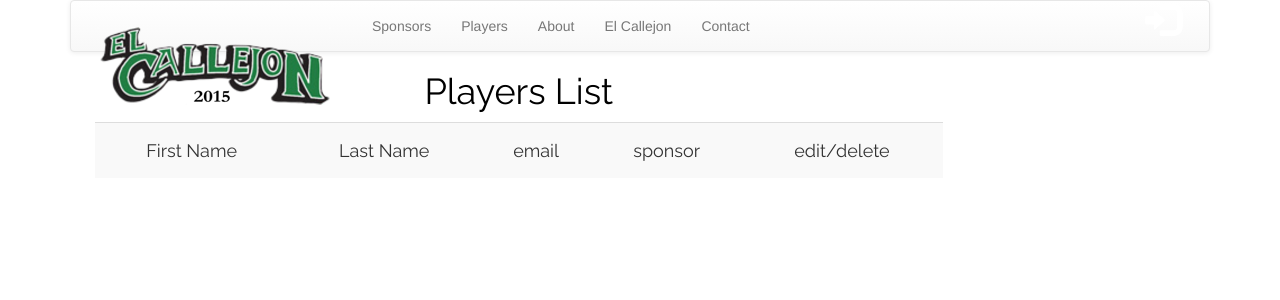
Repository: rojour/callejongolf
Page: register/templates/players/players_pay_status.html
The author's editor kept a record of every edit. The page is drawn from the files as they stood at one moment, then again after the next edit.
The browser window is 1280 px wide. The pictures show the whole page.
Some web libraries are served in a nearby version. The template is drawn by Django 2.2. The application's start-up code is not run. Other server files are loaded and not shown. The template is opened directly, without the code that normally fills it, so the values that code supplies are empty.

Above is the page before.
Console error: TypeError: Cannot set properties of null (setting 'innerHTML')

### register/templates/players/players_pay_status.html
{% extends 'players/base.html' %}

{% block content %}
<div>
    <h1 class="text-center"><a href="">Players List</a></h1>
</div>
	<div>
    	<table class="table table-striped table-hover" >
			<theader>
				<tr class="text-center">
					<td><h4>First Name</h4></td>
		    		<td><h4>Last Name</h4></td>
		    		<td><h4>email</h4></td>
		    		<td><h4>sponsor</h4></td>
		    		<td><h4>edit/delete</h4></td>
				</tr>
			</theader>
			<tbody>
			{% for player in players %}
				<tr class="text-center">
					<td><a href="{% url 'register.views.player_detail' pk=player.pk %}">{{ player.first_name }}</a></td>
					<td><a href="{% url 'register.views.player_detail' pk=player.pk %}">{{ player.last_name }}</a></td>
					<td><p>{{ player.pay_status }}</p></td>
					<td><p>{{ player.email }}</p></td>
					<td><p>{{ player.sponsor }}</p></td>
					<td>{% if user.is_authenticated %}
    					 <a class="btn btn-default" href="{% url 'player_edit' pk=player.pk %}"><span class="glyphicon glyphicon-pencil"></span></a>
    					 <a class="btn btn-default" href="{% url 'player_remove' pk=player.pk %}" onclick="return confirm('Are you sure want to delete');"><span class="glyphicon glyphicon-remove"></span></a>
    					 {% else %}
    					 <a class="btn btn-default" href="{% url 'player_edit' pk=player.pk %}"><span class="glyphicon glyphicon-pencil"></span></a>
    					 {% endif %}
    					</td>
				</tr>
			{% endfor %}
			</tbody>
		</table>
	</div>
{% endblock content %}

### register/templates/players/base.html
{% load staticfiles %}

<html lang="en">
  <head>
   <meta http-equiv="X-UA-Compatible" content="IE=edge,chrome=1">
   <meta charset="utf-8">
   <meta name="viewport" content="width=device-width, initial-scale=1.0">
   <meta name="description" content="">
   <meta name="author" content="">
         <title>Players List</title>

         <link rel="stylesheet" href="//maxcdn.bootstrapcdn.com/bootstrap/3.3.4/css/bootstrap.min.css">
         <link rel="stylesheet" href="//maxcdn.bootstrapcdn.com/bootstrap/3.3.4/css/bootstrap-theme.min.css">
         <link rel="stylesheet" href="{% static 'css/register.css' %}">
         <link href="//fonts.googleapis.com/css?family=Raleway&subset=latin,latin-ext" rel="stylesheet" type="text/css">

     </head>
     <body>
        {% include 'home/navbar.html' %}
         <div class="content container">
            <div class="row">
                <div class="col-lg-9">
		          {% block content %}
		          {% endblock %}
		         </div>
		      </div>
		  </div>
   </body>

    <!-- Bootstrap core JavaScript
    ================================================== -->
    <!-- Placed at the end of the document so the pages load faster -->
	<script src="http://code.jquery.com/jquery-1.11.0.min.js" ></script>
   <script src="https://maxcdn.bootstrapcdn.com/bootstrap/3.3.4/js/bootstrap.min.js"></script>

   <script src="../../static/js/countdown.js"></script>
	<script src="../../static/js/waypoints.js" ></script>
	<script src="../../static/js/waypoints-sticky.js" ></script>

	<script type="text/javascript" >
		$(document).ready(function() {
			$('.my-sticky-element').waypoint('sticky');
			});
	</script>

	 <script type="text/javascript" src="../../static//js/jquery.nivo.slider.js"></script>
    <script type="text/javascript">
    $(window).load(function() {
        $('#slider').nivoSlider();
    });
    </script>


</html>

### register/templates/home/navbar.html
{% load staticfiles %}


<!-- NAVBAR
================================================== -->
   <div class="navbar-wrapper">
      <div class="container">
         <div class="my-sticky-element navbar navbar-default">
            <div class="container">
               <div class="navbar-header">
                  <button type="button" class="navbar-toggle" data-toggle="collapse" data-target=".navbar-collapse">
                  <span class="icon-bar"></span>
                  <span class="icon-bar"></span>
                  <span class="icon-bar"></span>
                  </button>
                  <a class="navbar-brand" href="{% url 'home.views.index' %}"><img class="img-responsive" src="../../static/img/logos/Golf Logo 2015.png"></a>
               </div>
               <div class="navbar-collapse collapse">
                  <ul class="nav navbar-nav">
                     <li><a href="{% url 'home.views.sponsors' %}">Sponsors</a></li>
                     <li><a href="{% url 'home.views.players' %}">Players</a></li>
                     <li><a href="#">About</a></li>
                     <li><a href="http://www.el-callejon.com">El Callejon</a></li>
                     <li><a href="{% url 'home.views.contactus' %}">Contact</a></li>
			         </ul>
			         <ul style=margin-right:1% class="nav navbar-nav navbar-right">

			   {% if user.is_authenticated %}
            <a href="{% url 'home.views.management' %}" class="top-menu"><span class="glyphicon glyphicon-edit"></span></a>
            <li class="text-center"><small>Hello {{ user.username }}<br>(<a href="{% url 'django.contrib.auth.views.logout' %}">Log out</a>)</small></li>
            {% else %}
            <a href="{% url 'django.contrib.auth.views.login' %}" class="top-menu"><span class="glyphicon glyphicon-log-in"></span></a>
            {% endif %}
                  </ul>
               </div>
            </div>
         </div>
      </div>
   </div>

### static/css/register.css
.page-header {
    background-color: #227C45;
    margin-top: 0;
    padding: 20px 20px 20px 40px;
}

.page-header h1, .page-header h1 a, .page-header h1 a:visited, .page-header h1 a:active {
    color: #ffffff;
    font-size: 36pt;
    text-decoration: none;
}

.page-header p {
    color: #ffffff;
    margin-left: 90px;
}

a {
    color: black;
}

.content {
    margin-left: 80px;
}

h1, h2, h3, h4, p {
    font-family:'Raleway';
}

.date {
    float: right;
    color: #828282;
}

.save {
    float: right;
}

.player-form textarea, .player-form input {
    width: 100%;
}


.top-menu, .top-menu:hover, .top-menu:visited {
    color: #ffffff;
    float: right;
    font-size: 26pt;
    margin-right: 20px;
}

.player {
    margin-bottom: 70px;
}

.player h1 a, .player h1 a:visited {
    color: #000000;
}

### static/js/countdown.js
// set the date we're counting down to
var target_date = new Date("Sep 26, 2015 9:00:00").getTime();

// variables for time units
var days, hours, minutes, seconds;

// get tag element
var countdown = document.getElementById("countdown");

// update the tag with id "countdown" every 1 second
setInterval(function () {

    // find the amount of "seconds" between now and target
    var current_date = new Date().getTime();
    var seconds_left = (target_date - current_date) / 1000;

    // do some time calculations
    days = parseInt(seconds_left / 86400);
    seconds_left = seconds_left % 86400;

    hours = parseInt(seconds_left / 3600);
    seconds_left = seconds_left % 3600;

    minutes = parseInt(seconds_left / 60);
    seconds = parseInt(seconds_left % 60);

    // format countdown string + set tag value
    countdown.innerHTML = days + " days " + hours + " hrs "
    + minutes + " min " + seconds + " sec ";

}, 1000);

Loaded but not shown: static/js/waypoints.js (common file); static/js/waypoints-sticky.js (common file); static/js/jquery.nivo.slider.js (library)

After the next edit:
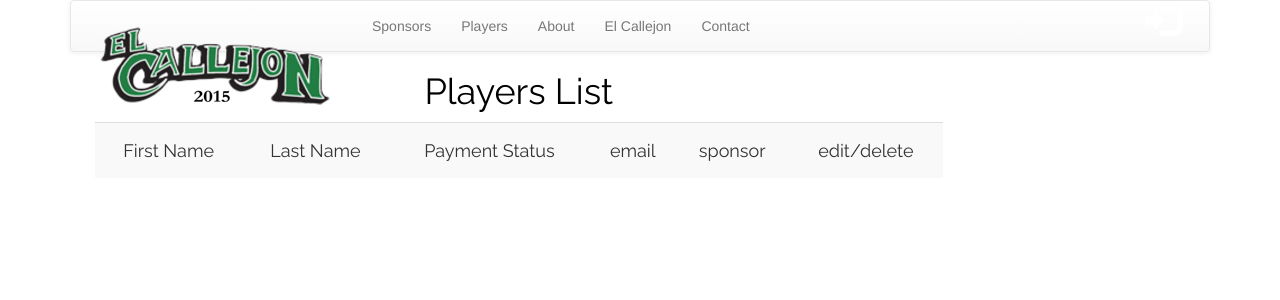
The edit:
--- a/register/templates/players/players_pay_status.html
+++ b/register/templates/players/players_pay_status.html
@@ -10,6 +10,7 @@
 				<tr class="text-center">
 					<td><h4>First Name</h4></td>
 		    		<td><h4>Last Name</h4></td>
+		    		<td><h4>Payment Status</h4></td>
 		    		<td><h4>email</h4></td>
 		    		<td><h4>sponsor</h4></td>
 		    		<td><h4>edit/delete</h4></td>
